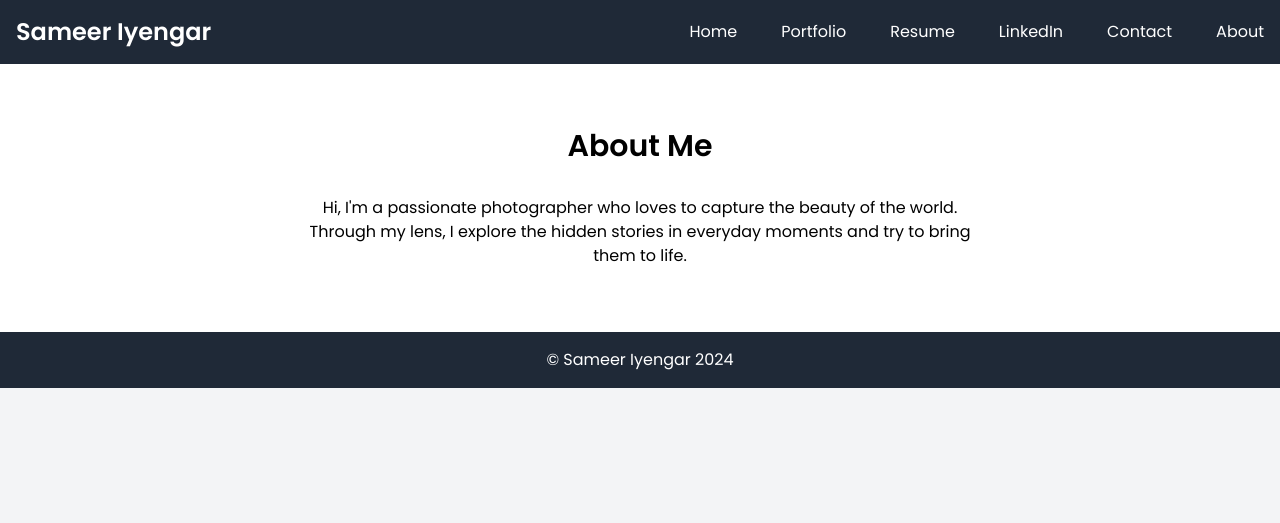
Repository: siyengar04/siyengar04.github.io
Page: about.html
The author's editor kept a copy of each file at every save. The page is drawn from the files as they stood at one save, then again after the next save.
The browser window is 1280 px wide. The pictures show the whole page.
Some web libraries are served in a nearby version.

Above is the page before, as saved 2024-11-01 13:39:55.

After the next save:
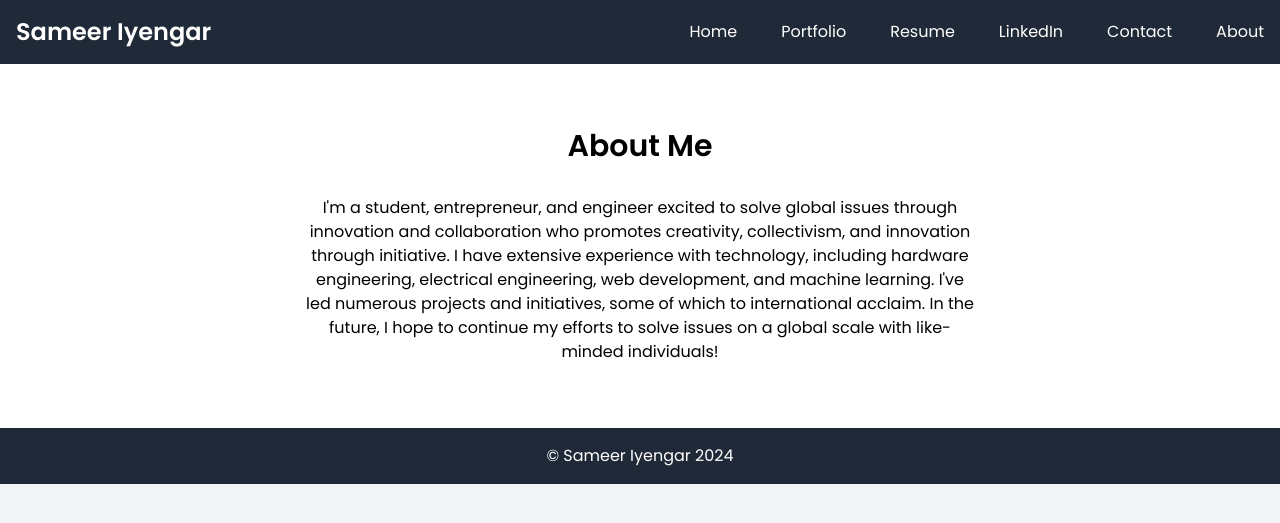
Saved 27 s later.
--- a/about.html
+++ b/about.html
@@ -42,7 +42,7 @@
     <section id="about" class="about py-16 bg-white">
         <div class="container mx-auto px-4">
             <h2 class="text-3xl font-bold mb-8 text-center">About Me</h2>
-            <p class="text-center max-w-2xl mx-auto">Hi, I'm a passionate photographer who loves to capture the beauty of the world. Through my lens, I explore the hidden stories in everyday moments and try to bring them to life.</p>
+            <p class="text-center max-w-2xl mx-auto">I'm a student, entrepreneur, and engineer excited to solve global issues through innovation and collaboration who promotes creativity, collectivism, and innovation through initiative. I have extensive experience with technology, including hardware engineering, electrical engineering, web development, and machine learning. I've led numerous projects and initiatives, some of which to international acclaim. In the future, I hope to continue my efforts to solve issues on a global scale with like-minded individuals!</p>
         </div>
     </section>
 
